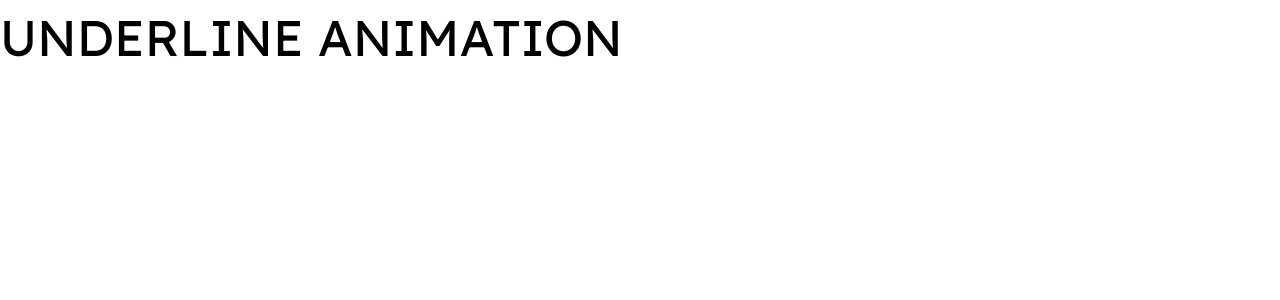
Repository: javals243/Reusable-component
Page: /
An editor plug-in stored every save of this project. The page is shown before and after the next save, followed by the edit.
The browser window is 1280 px wide. The pictures show the whole page.
The project was rebuilt for these pictures with package versions that can differ from the ones it lists, and the page was loaded fresh each time. The framework's server and built-in components were replaced by stand-ins that run in the browser. Also part of the build but not shown: next.config.js, components/MasonryLayout/MansonryLayout.tsx, components/ProductCard/ProductCard.tsx.

Above is the page before, as saved 2023-01-03 10:29:02.

After the next save:
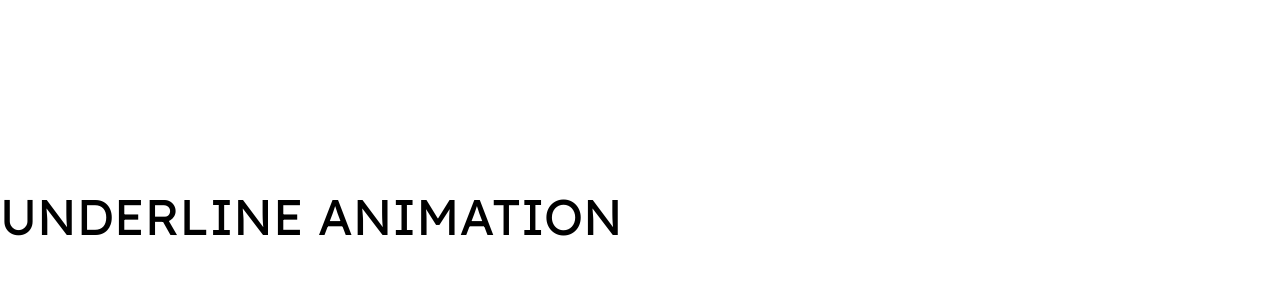
Saved 104 s later.
--- a/components/UnderlineAnimation/UnderlineAnimation.tsx
+++ b/components/UnderlineAnimation/UnderlineAnimation.tsx
@@ -2,7 +2,7 @@ import React from 'react'
 
 function UnderlineAnimation() {
   return (
-    <div className="flex  justify-center items-center">
+    <div className="flex h-[60vh]  justify-center items-center">
       <a
         href=""
         className='underlineAnimation'
